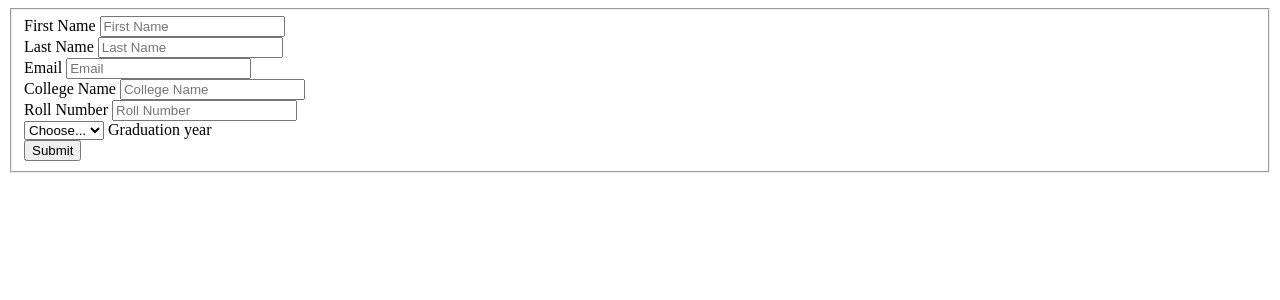
Repository: acciojob/bootstrap-form-easy-vandanayadav15
Page: main.html
These files come from the project's save history. The page is drawn as it stood at one moment and after a run of saves; the edit follows.
The browser window is 1280 px wide. The pictures show the whole page.

Above is the page before, as saved 2022-10-27 12:26:32.

After the next 2 saves:
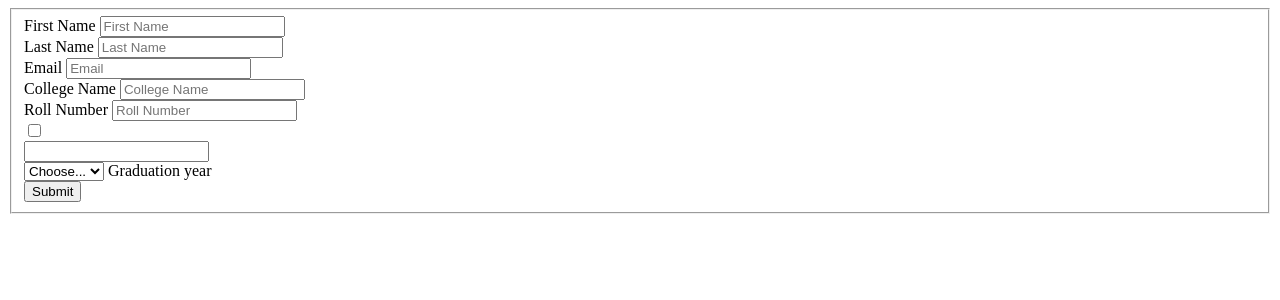
The 2 saves are shown as one change because they came seconds apart.
The last was saved 2 h 55 min later.
--- a/main.html
+++ b/main.html
@@ -33,6 +33,10 @@
 <div class="mb-3">
 	<label for="TextInput" class="form-label">Roll Number</label>
 	<input type="text" id="roll-no-input" class="form-control" placeholder="Roll Number">
+	<div class="input-group-text">
+		<input class="form-check-input mt-0" type="checkbox" value="" aria-label="Checkbox for following text input">
+	</div>
+	<input type="text" class="form-control" aria-label="Text input with checkbox">
 
 </div>
 		<div class="input-group mb-3">
